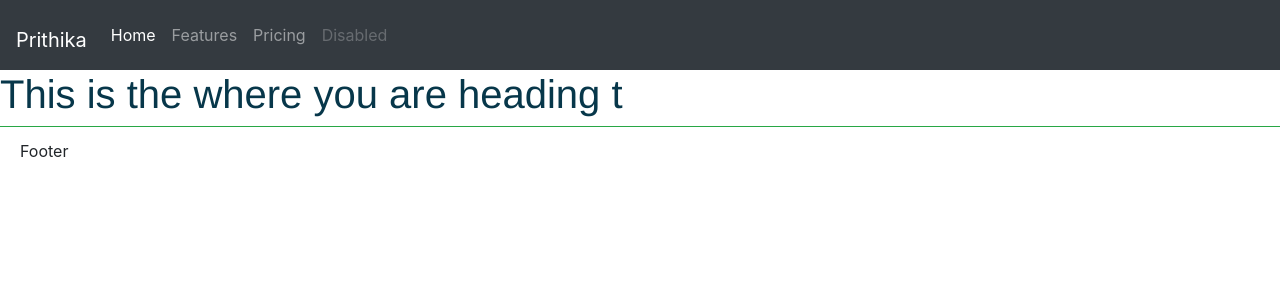
Repository: Imprasna/pritk
Page: index.html
An editor plug-in stored every save of this project. The page is shown before and after a run of saves, followed by the edit.
The browser window is 1280 px wide. The pictures show the whole page.

Above is the page before, as saved 2021-12-15 14:15:59.

### index.html
<!DOCTYPE html>
<html lang="en">

<head>
    <meta charset="UTF-8">
    <meta http-equiv="X-UA-Compatible" content="IE=edge">
    <meta name="viewport" content="width=device-width, initial-scale=1.0">
    <link rel="stylesheet" href="style.css">
    <link rel="stylesheet" href="https://cdn.jsdelivr.net/npm/bootstrap@4.6.1/dist/css/bootstrap.min.css" integrity="sha384-zCbKRCUGaJDkqS1kPbPd7TveP5iyJE0EjAuZQTgFLD2ylzuqKfdKlfG/eSrtxUkn" crossorigin="anonymous">
    <title>Prithika</title>
</head>

<body>

    <header>
        <nav class="navbar navbar-expand-lg navbar-dark bg-dark">
            <a class="navbar-brand" href="#">Prithika</a>
            <button class="navbar-toggler" type="button" data-toggle="collapse" data-target="#navbarNav" aria-controls="navbarNav" aria-expanded="false" aria-label="Toggle navigation">
              <span class="navbar-toggler-icon"></span>
            </button>
            <div class="collapse navbar-collapse" id="navbarNav">
              <ul class="navbar-nav">
                <li class="nav-item active">
                  <a class="nav-link" href="#">Home <span class="sr-only">(current)</span></a>
                </li>
                <li class="nav-item">
                  <a class="nav-link" href="#">Features</a>
                </li>
                <li class="nav-item">
                  <a class="nav-link" href="#">Pricing</a>
                </li>
                <li class="nav-item">
                  <a class="nav-link disabled">Disabled</a>
                </li>
              </ul>
            </div>
          </nav>
    </header>



    <main>
        <h1>This is the where you are heading t</h1>
    </main>

    <footer>
        <div class="card-footer bg-transparent border-success">Footer</div>
    </footer>










    <script src="https://cdn.jsdelivr.net/npm/jquery@3.5.1/dist/jquery.slim.min.js" integrity="sha384-DfXdz2htPH0lsSSs5nCTpuj/zy4C+OGpamoFVy38MVBnE+IbbVYUew+OrCXaRkfj" crossorigin="anonymous"></script>
    <script src="https://cdn.jsdelivr.net/npm/popper.js@1.16.1/dist/umd/popper.min.js" integrity="sha384-9/reFTGAW83EW2RDu2S0VKaIzap3H66lZH81PoYlFhbGU+6BZp6G7niu735Sk7lN" crossorigin="anonymous"></script>
    <script src="https://cdn.jsdelivr.net/npm/bootstrap@4.6.1/dist/js/bootstrap.min.js" integrity="sha384-VHvPCCyXqtD5DqJeNxl2dtTyhF78xXNXdkwX1CZeRusQfRKp+tA7hAShOK/B/fQ2" crossorigin="anonymous"></script>
    <script src="app.js"></script>
</body>

</html>

### style.css
@import url('https://fonts.googleapis.com/css2?family=Mulish:wght@200;300;400;500;600;700&display=swap');

* {
    margin: 0;
    padding: 0;
    box-sizing: border-box;
}

html, body {
    font-family: 'Mulish', sans-serif;
    scroll-behavior: smooth;
}


.about-tools ul li, .contact-social-icons ul a li {
  text-align: center; }

.centered {
  float: none;
  margin-left: auto;
  margin-right: auto; }

.break {
  clear: both;
  margin-top: 10px; }

@media (min-width: 768px) {
  .pull-right-sm {
    float: right !important; }

  .pull-left-sm {
    float: left !important; } }
@media (min-width: 992px) {
  .pull-right-md {
    float: right !important; }

  .pull-left-md {
    float: left !important; } }
@media (min-width: 1200px) {
  .pull-right-lg {
    float: right !important; }

  .pull-left-lg {
    float: left !important; } }
* {
  box-sizing: border-box; }

/* html {
  position: relative;
  height: 100%; } */

img {
  width: 100%; }

/* body {
  height: 100%;
  font-family: "Comfortaa", Helvetica, Arial, sans-serif;
  background-color: #25b79f;
  margin-bottom: 60px; } */
  /* Margin bottom by footer height */

h1,
h2,
h3,
h4,
h5 {
  font-family: "Comfortaa", Helvetica, Arial, sans-serif;
  color: #07374a; }

p {
  font-family: "Quattrocento", sans-serif;
  color: #f0f0e6; }

body > .container-fluid {
  padding: 60px 15px 0; }

.container-fluid .text-muted {
  margin: 20px 0; }

.btn:focus, a:focus {
  outline: none !important; }

.navbar {
  height: 70px;
  background-color: transparent;
  background: transparent;
  border: none;
  color: #f0f0e6;
  z-index: 100;
  margin-bottom: 0;
  border-radius: 0;
  transition: background-color 1s ease 0s; }

.navbar-brand {
  display: none;
  margin-top: 10px;
  color: #f0f0e6;
  font-weight: 400; }

.navbar-default .navbar-nav > li > a {
  color: #f0f0e6;
  font-weight: 500;
  font-size: 1em;
  text-transform: lowercase;
  margin: 10px 5px 5px 5px;
  border-radius: 5px; }
.navbar-default .navbar-nav > li > a:hover, .navbar-default .navbar-nav > li > a:active, .navbar-default .navbar-nav > li > a:focus {
  color: #f0f0e6;
  border: 1px solid #f0f0e6; }
.navbar-default .navbar-nav > li > a:visited {
  color: #f0f0e6;
  text-decoration: none; }
.navbar-default .navbar-nav > .active > a, .navbar-default .navbar-nav > .active > a:hover, .navbar-default .navbar-nav > .active > a:focus {
  background-color: transparent;
  color: #f0f0e6; }
.navbar-default .navbar-toggle {
  border-color: #f0f0e6; }
  .navbar-default .navbar-toggle:hover, .navbar-default .navbar-toggle:focus {
    background-color: #07374a; }
  .navbar-default .navbar-toggle .icon-bar {
    color: #f0f0e6;
    background-color: #f0f0e6; }
.navbar-default .navbar-collapse.collapse.in ul {
  background-color: #07374a; }

/* Solid class attached on scroll past first section */
.navbar.solid {
  background-color: #07374a;
  transition: background-color 1s ease 0s;
  box-shadow: 0 0 4px rgba(7, 55, 74, 0.2); }
  .navbar.solid .navbar-brand {
    display: inline-block;
    color: #f0f0e6;
    transition: color 1s ease 0s; }
  .navbar.solid .navbar-nav > li > a {
    color: #f0f0e6;
    transition: color 1s ease 0s; }

.cover {
  padding: 10% 0 10% 0; }
  .cover.top {
    padding: 15% 0 10% 0;
    height: 100vh;
    display: flex;
    background-color: #25b79f; }
  .cover.bottom {
    padding: 10% 0 10% 0; }

.headline {
  padding-top: 6.25em; }
  @media screen and (min-width: 768px) {
    .headline {
      padding-top: 3.75em; } }
  @media screen and (min-width: 992px) {
    .headline {
      padding-top: 1.5625em; } }
  @media screen and (min-width: 1200px) {
    .headline {
      padding-top: 0px; } }

#about {
  background-color: #07374a; }
  #about h2 {
    color: #25b79f; }

.profile-img {
  margin-bottom: 15px;
  width: 120px; }

.about, .about-info, .about-tools, .about-last {
  padding: 4% 10% 1% 10%;
  font-size: 1.25em; }
  .about-tools {
    padding-top: 4.375em;
    font-weight: 700;
    font-size: 1.5em; }
    @media screen and (min-width: 992px) {
      .about-tools {
        padding-top: 5.625em; } }
    .about-tools ul:first-child {
      padding-left: 0px; }
    .about-tools ul {
      color: #25b79f;
      list-style: none; }
      .about-tools ul li {
        padding-top: 0.75em; }
  .about-last {
    padding-top: 3.125em;
    padding-bottom: 0;
    font-size: 1.125em; }
    @media screen and (min-width: 992px) {
      .about-last {
        padding-top: 0; } }
    .about-last p {
      color: #25b79f; }

#portfolio {
  background-color: #25b79f; }
  #portfolio h2 {
    padding-bottom: 1.25em; }

@media screen and (min-width: 768px) {
  .portfolio-projects {
    margin-top: 0.625em; } }
.portfolio-projects--title {
  margin-top: 0.9375em; }
  @media screen and (min-width: 768px) {
    .portfolio-projects--title {
      margin-top: 20%; } }
  @media screen and (min-width: 1200px) {
    .portfolio-projects--title {
      margin-top: 5%; } }
@media screen and (min-width: 768px) {
  .portfolio-projects--desc {
    margin-top: 10%;
    margin-bottom: 10%; } }
.portfolio-projects--btn {
  background: transparent;
  color: #07374a;
  border: 1px solid #07374a;
  border-radius: 5px;
  margin-bottom: 1.25em; }
  .portfolio-projects--btn:hover {
    background: #07374a;
    color: #f0f0e6; }
.portfolio-projects--image {
  margin-bottom: 1.875em;
  padding-top: 5%; }

#contact {
  background-color: #07374a; }
  #contact h2 {
    color: #25b79f; }

.contact-social-icons p {
  color: #25b79f; }
.contact-social-icons ul a {
  color: #25b79f;
  list-style: none; }
  .contact-social-icons ul a:hover {
    color: #f0f0e6; }
  .contact-social-icons ul a li {
    display: inline-block;
    padding: 2%; }

.footer {
  bottom: 0;
  width: 100%;
  /* Set the fixed height of the footer here */
  height: 30px;
  background-color: #07374a;
  color: #f0f0e6; }

#scrollIcon, #scrollTopIcon {
  margin-top: 200px;
  padding: 10px;
  font-size: 1.5em;
  color: #07374a;
  border: solid 2px #07374a;
  border-radius: 50%; }

#scrollTopIcon {
  margin-top: 10px;
  font-size: 1em;
  color: #f0f0e6;
  border-color: #f0f0e6; }

.back-to-top {
  display: none; }
  .back-to-top.visible {
    display: block; }

### app.js
$(document).ready(function() {

    // Transition effect for navbar and back-to-top icon
    $(window).scroll(function() {
      // checks if window is scrolled more than 500px, adds/removes solid class
      if($(this).scrollTop() > 550) {
          $('.navbar').addClass('solid');
          $('.back-to-top').addClass('visible');
      } else {
          $('.navbar').removeClass('solid');
          $('.back-to-top').removeClass('visible');
      }

    });


    // Scrolling effect for Arrow icons
    $("#scrollIcon").click(function(e) {
        e.preventDefault();
        $.scrollTo($("#about"), 1000);
    });
    $("#nav-about").click(function(e) {
        e.preventDefault();
        $.scrollTo($("#about"), 1000);
    });
    $("#nav-portfolio").click(function(e) {
        e.preventDefault();
        $.scrollTo($("#portfolio"), 1000);
    });
    $("#nav-contact").click(function(e) {
        e.preventDefault();
        $.scrollTo($("#contact"), 1000);
    });
    $(".navbar-brand").click(function(e) {
        e.preventDefault();
        $.scrollTo(0, 1000);
    });

  });

After the next 4 saves:
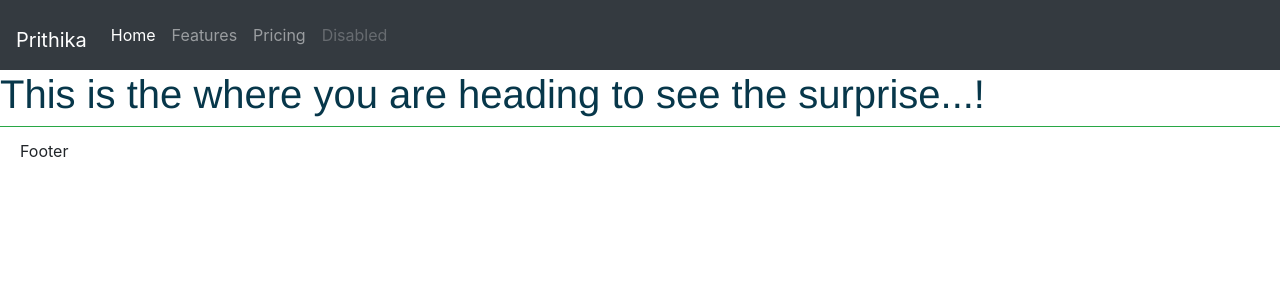
The 4 saves are shown as one change because they came seconds apart.
The last was saved 15 s later.
--- a/index.html
+++ b/index.html
@@ -40,7 +40,7 @@
 
 
     <main>
-        <h1>This is the where you are heading t</h1>
+        <h1>This is the where you are heading to see the surprise...!</h1>
     </main>
 
     <footer>
